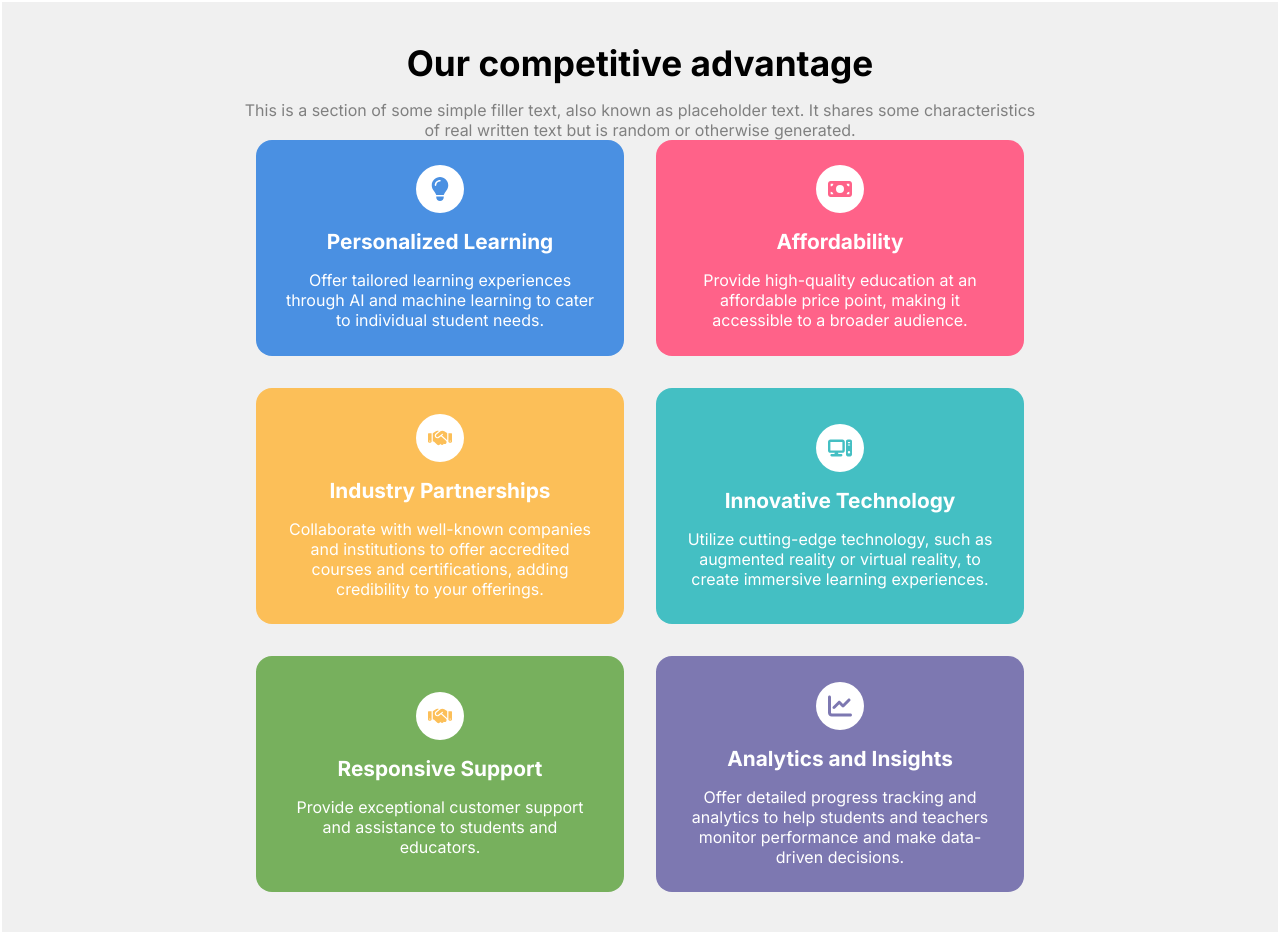
Repository: Vaibhav979/StudySync-FrontEnd-Project
Page: index.html
The author's editor kept a copy of each file at every save. The page is drawn from the files as they stood at one save, then again after a run of saves.
The browser window is 1280 px wide. The pictures show the part of the page from y = 854 to 1806 px (the page is 1786 px tall before and 1806 px after).
A picture or video elsewhere on the page could not be fetched, so the positions and the page height are approximate.

Above is the page before, as saved 2025-04-17 22:16:56.

### index.html
<!DOCTYPE html>
<html lang="en">

<head>
    <meta charset="UTF-8">
    <meta name="viewport" content="width=device-width, initial-scale=1.0">
    <title>Document</title>
    <link rel="stylesheet" href="styles.css">
</head>

<body>
    <div class="header">
        <header class="header-content">
            <a href="#logo" class="logo">
                <img src="/images/StudySyn.svg" alt="" class="logo-icon">
                <span class="logo-text">StudySync</span>
            </a>

            <nav class="nav">
                <a href="#home" class="nav-link">Home</a>
                <a href="#features" class="nav-link">Features</a>
                <a href="#pricing" class="nav-link">Pricing</a>
                <a href="#blog" class="nav-link">Blog</a>
                <a href="#about" class="nav-link">About</a>
            </nav>

            <a href="#contact" class="contact-button">
                Contact Us
            </a>

            <button type="button" class="menu-button">
                <img src="/images/Hamburger.svg" alt="" class="menu-icon">
            </button>
        </header>
    </div>

    <div class="content">
        <section class="main-section">
            <div class="content-left">
                <p class="section-label">Very proud to introduce</p>
                <h1 class="section-title">Seamless Learning for Brighter Futures</h1>
                <p class="section-description">Our innovative platform offers an effortless and seamless approach to
                    learning, empowering students of all ages to achieve brighter futures. Join us on a transformative
                    journey to simplify education and unlock your full potential.
                </p>
                <div class="button-group">
                    <a href="#start" class="start-button">Start Now</a>
                    <a href="#tour" class="tour-button">Take Tour</a>
                </div>
            </div>

            <div class="content-right">
                <div class="image-container">
                    <img class="section-image" src="/images/usgs-hoS3dzgpHzw-unsplash.jpg" alt="">
                </div>
            </div>
        </section>
    </div>

    <div class="company-container">
        <h2 class="company-title">Trusted by the best</h2>
        <div class="company-grid">
            <div class="company-logo">
                <img src="/images/Google.svg" alt="" class="svg-img">
                <span class="logo-txt">Google</span>
            </div>
            <div class="company-logo"><img src="/images/Microsoft.svg" alt="" class="svg-img">
                <span class="logo-txt">Microsoft</span>
            </div>
            <div class="company-logo"><img src="/images/linkedin.svg" alt="" class="svg-img">
                <span class="logo-txt">LinkedIn</span>
            </div>
            <div class="company-logo"><img src="/images/VectorEdu.svg" alt="" class="svg-img">
                <span class="logo-txt">VectorEdu</span>
            </div>
        </div>
    </div>

    <div class="feature-container">
        <div class="feature-content">
            <div class="main-info">
                <h2 class="main-title">Our competitive advantage</h2>
                <p class="main-description">This is a section of some simple filler text, also known as placeholder
                    text. It shares some
                    characteristics of real written text but is random or otherwise generated.</p>
            </div>
            <!-- cards -->
            <div class="feature-grid">
                <!--card1-->
                <div class="feature-card">
                    <div class="icon-container">
                        <img class="feature-svg" src="./images/PersonalizedLearn.svg" />
                    </div>
                    <div class="feature-info">
                        <div class="feature-title">Personalized Learning</div>
                        <div class="feature-description">Offer tailored learning experiences through AI and machine
                            learning to cater to individual student needs.</div>
                    </div>
                </div>
                <!--card2-->
                <div class="feature-card">
                    <div class="icon-container">
                        <img class="feature-svg" src="./images/Affordability.svg" />
                    </div>
                    <div class="feature-info">
                        <div class="feature-title">Affordability</div>
                        <div class="feature-description">Provide high-quality education at an affordable price point,
                            making it accessible to a broader audience.</div>
                    </div>
                </div>
                <!--card3-->
                <div class="feature-card">
                    <div class="icon-container">
                        <img class="feature-svg" src="./images/IndustryPatner.svg" />
                    </div>
                    <div class="feature-info">
                        <div class="feature-title">Industry Partnerships</div>
                        <div class="feature-description">Collaborate with well-known companies and institutions to offer
                            accredited courses and certifications, adding credibility to your offerings.</div>
                    </div>
                </div>
                <!--card4-->
                <div class="feature-card">
                    <div class="icon-container">
                        <img class="feature-svg" src="./images/InnovativeTech.svg" />
                    </div>
                    <div class="feature-info">
                        <div class="feature-title">Innovative Technology</div>
                        <div class="feature-description">Utilize cutting-edge technology, such as augmented reality or
                            virtual reality, to create immersive learning experiences.</div>
                    </div>
                </div>
                <!--card5-->
                <div class="feature-card">
                    <div class="icon-container">
                        <img class="feature-svg" src="./images/IndustryPatner.svg" />
                    </div>
                    <div class="feature-info">
                        <div class="feature-title">Responsive Support</div>
                        <div class="feature-description">Provide exceptional customer support and assistance to students
                            and educators.</div>
                    </div>
                </div>
                <!-- card 6 -->
                <div class="feature-card">
                    <div class="icon-container">
                        <img class="feature-svg" src="./images/Analytics.svg" />
                    </div>
                    <div class="feature-info">
                        <div class="feature-title">
                            Analytics and Insights
                        </div>
                        <div class="feature-description">
                            Offer detailed progress tracking and analytics to help students and teachers monitor
                            performance and make data-driven decisions.
                        </div>
                    </div>
                </div>
            </div>
        </div>
    </div>
</body>

</html>

### styles.css
@import url("https://fonts.googleapis.com/css2?family=Inter:wght@100;200;400;500;600;700&display=swap");

:root {
  --primary-color: #6366f1;
  --accent-color: #3f83f8;
  --text-color: #333333;
  --link-color: #2563eb;
  --background-color: #ffffff;
  --light-gray: #f0f0f0;
  --gray: #808080;
  --dark-gray: #555;
}

* {
  margin: 0;
  padding: 0;
  font-family: "Inter", sans-serif;
  text-decoration: none;
}

body {
  height: 100vh;
  text-align: center;
  background-color: var(--background-color);
  padding: 0.1rem;
  /* align-items: center; */
}

header {
  display: flex;
  justify-content: space-between;
  align-items: center;
  max-width: 1280px;
  margin: 0 auto;
  padding: 0.5rem;
}

.header {
  /* border: 1px solid black; */
}

.logo {
  display: flex;
  align-items: center;
  font-size: 1.5rem;
  font-weight: bold;
  text-decoration: none;
  gap: 0.625rem;
}

.logo-icon {
  height: 5.875rem;
  width: 1.938rem;
}

.logo-text {
  font-size: 2rem;
  font-weight: bold;
}

.nav {
  display: none;
  gap: 1.5rem;
}

@media screen and (min-width: 768px) {
  .nav {
    display: flex;
  }
}

.nav-link {
  color: #718096;
  font-size: 1.25rem;
  font-weight: 600;
  transform: color 0.1s;
}

.nav-link:hover {
  color: var(--link-color);
}

.contact-button {
  display: none;
  border: none;
  border-radius: 0.375rem;
  background-color: var(--primary-color);
  color: var(--background-color);
  transform: all 0.1s;
  padding: 0.75rem 1.5rem;
}

@media screen and (min-width: 768px) {
  .contact-button {
    display: block;
  }
}

.contact-button:hover {
  background-color: #5254f8;
}

.menu-button {
  display: none;
  border: none;
  border-radius: 0.375rem;
}

@media screen and (max-width: 768px) {
  .menu-button {
    display: block;
  }
}

.menu-icon {
  height: 1.5rem;
  width: 1.5rem;
}

.main-section {
  display: flex;
  max-width: 1280px;
  flex-direction: column;
  gap: 2rem;
  padding: 0.6rem;
  align-items: center;
  margin: 0 auto;
}

.content-left {
  text-align: center;
  animation: slideFromLeft 1s ease forwards;
  opacity: 0;
}

@keyframes slideFromLeft {
  0% {
    opacity: 0;
    transform: translateX(-100px);
  }

  100% {
    opacity: 1;
    transform: translateX(0);
  }
}

.section-label {
  font-size: 1.15rem;
  font-weight: 600;
  color: var(--primary-color);
}

.section-title {
  font-size: 2.3rem;
  padding: 1.1rem;
  color: var(--text-color);
}

.section-description {
  color: var(--gray);
  font-size: 1.13rem;
}

.button-group {
  display: flex;
  gap: 2rem;
  padding: 1rem;
  margin-top: 1rem;
  align-items: center;
  justify-content: center;
}

.start-button,
.tour-button {
  /* margin: 2rem; */
  border: none;
  border-radius: 0.375rem;
  background-color: var(--primary-color);
  color: var(--background-color);
  transform: all 0.1s;
  padding: 0.75rem 1.5rem;
  font-size: 1rem;
  font-weight: 600;
}

.tour-button {
  background-color: var(--dark-gray);
}

.start-button:hover {
  background-color: var(--link-color);
}

.tour-button:hover {
  background-color: var(--light-gray);
}

.content-right {
  display: flex;
  align-items: center;
  justify-content: center;
}

.image-container {
  border: none;
  border-radius: 1.225rem;
  overflow: hidden;
  box-shadow: 0px 4px 8px rgba(0, 0, 0, 0.1);
  height: 50vh;
  /* width: 60vw; */
}

.section-image {
  height: 100%;
  width: 100%;
}

@media screen and (min-width: 768px) {
  .main-section {
    flex-direction: row;
  }

  .content-left {
    max-width: 50%;
    text-align: left;
  }

  .section-title {
    padding-left: 0;
  }

  .button-group {
    justify-content: start;
    padding-left: 0;
  }

  .section-label {
    font-size: 1rem;
  }

  .section-title {
    font-size: 3.8rem;
  }

  .image-container {
    height: 67vh;
  }

  .section-description {
    font-size: 1.1rem;
    color: var(--gray);
    width: 78%;
  }
}

.company-container {
  display: flex;
  flex-direction: column;
  justify-content: center;
  align-items: center;
  margin-top: 2rem;
  animation: slideFromLeft 1s ease forwards;
}

.company-grid {
  margin-top: 2rem;
  display: grid;
  grid-template-columns: repeat(2, 1fr);
  gap: 3rem;
  padding: 1.8rem 2.5rem;
  background-color: var(--light-gray);
  margin-bottom: 2rem;
  border: none;
  border-radius: 0.625rem;
}

.company-logo {
  font-size: 1rem;
  font-weight: 500;
  color: var(--gray);
  display: flex;
  gap: 0.5rem;
}

.svg-img {
  height: 40px;
}

.logo-txt {
  font-size: 1rem;
}

@media screen and (min-width: 640px) {
  .company-grid {
    grid-template-columns: repeat(4, 1fr);
  }

  .company-title {
    font-size: 2.5rem;
    font-weight: bold;
  }
}

.feature-container {
  background-color: var(--light-gray);
  padding: 2.5rem 0;
  text-align: center;
}

.feature-content {
  max-width: 800px;
  margin: 0 auto;
  padding: 0 2rem;
}

.main-info {
  display: flex;
  flex-direction: column;
  gap: 1rem;
}

.main-title {
  font-size: 2.2rem;
  font-weight: bold;
}

.main-description {
  color: var(--gray);
  font-size: 1rem;
}

.feature-grid {
  display: grid;
  grid-gap: 2rem;
  grid-template-columns: repeat(2, 1fr);
  margin-top: 1rem;
  margin: 0 1rem;
}

.feature-svg {
  width: 1.5rem;
  height: 1.5rem;
}

.icon-container {
  background-color: var(--background-color);
  height: 3rem;
  width: 3rem;
  border-radius: 50%;
  display: flex;
  justify-content: center;
  align-items: center;
}

.feature-card {
  display: flex;
  justify-content: center;
  align-items: center;
  flex-direction: column;
  background-color: #6d7890;
  padding: 1.6rem;
  border-radius: 1rem;
  gap: 1rem;
}

.feature-info {
  display: flex;
  flex-direction: column;
  gap: 1rem;
}

.feature-title {
  color: white;
  font-weight: bold;
  font-size: 1.3rem;
}

.feature-description {
  color: white;
}

.feature-card:nth-child(1) {
  background-color: #4a90e2;
}

.feature-card:nth-child(2) {
  background-color: #ff6289;
}

.feature-card:nth-child(3) {
  background-color: #fcbf58;
}

.feature-card:nth-child(4) {
  background-color: #44bfc3;
}

.feature-card:nth-child(5) {
  background-color: #77b05d;
}

.feature-card:nth-child(6) {
  background-color: #7d78b1;
}

@media screen and (max-width: 768px) {
  .feature-grid {
    grid-template-columns: repeat(1, 1fr);
  }
}

After the next 2 saves:
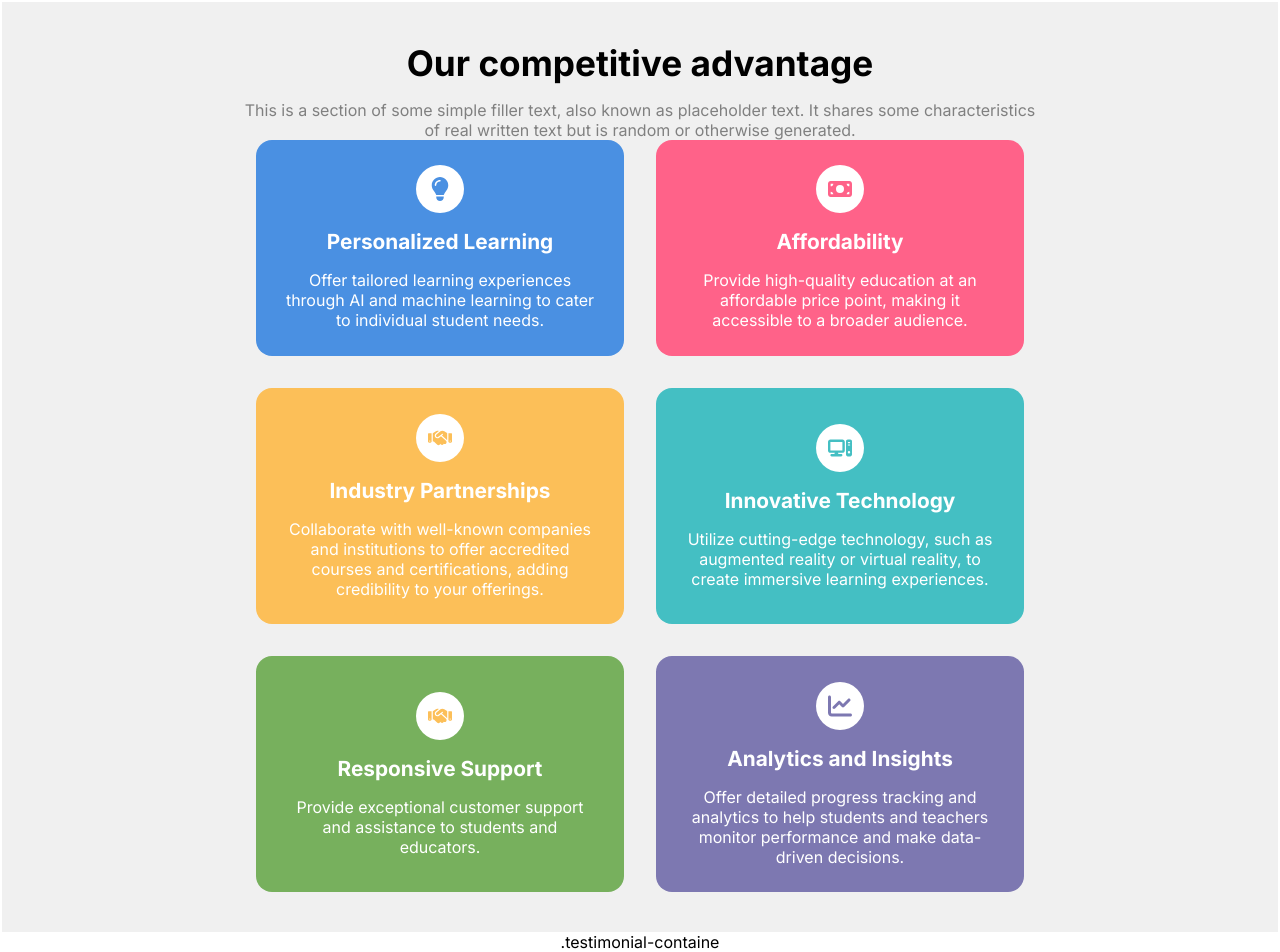
The 2 saves are shown as one change because they came seconds apart.
The last was saved 55 min 37 s later.
--- a/index.html
+++ b/index.html
@@ -159,6 +159,8 @@
             </div>
         </div>
     </div>
+
+    .testimonial-containe
 </body>
 
 </html>
